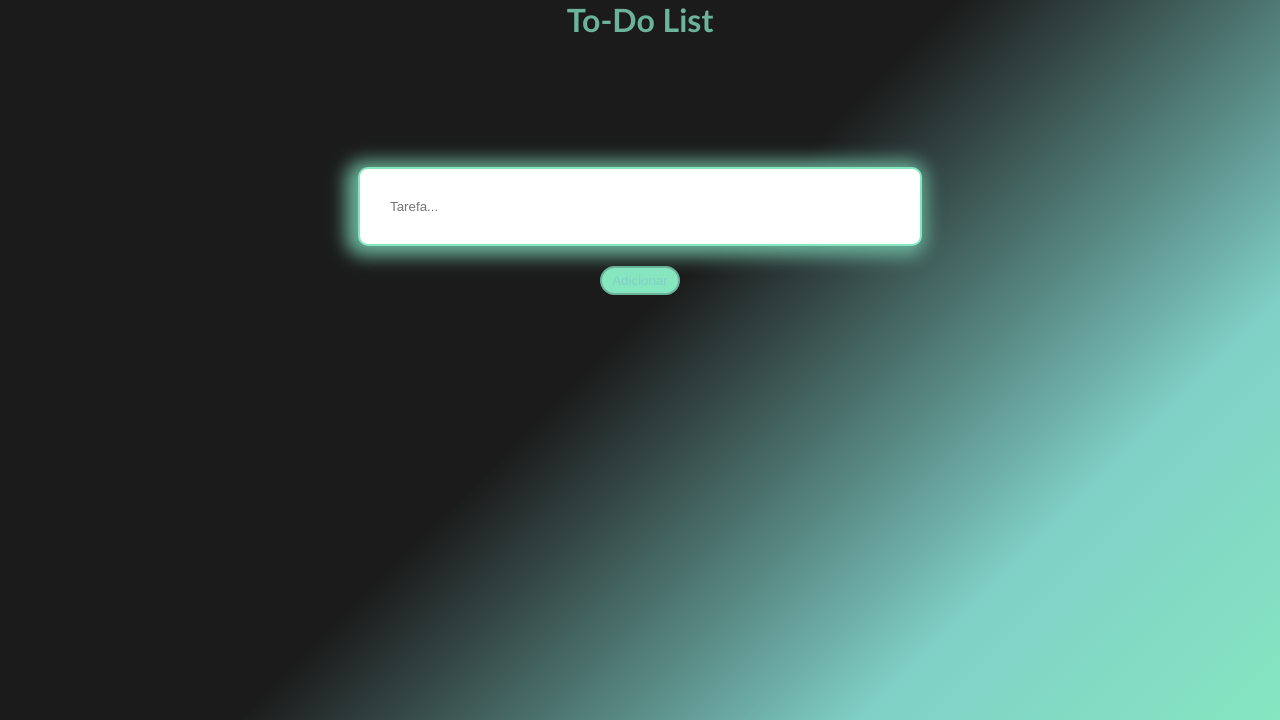
Repository: PetersonAntonyDev/python-flask-
Page: index.html
The author's editor kept a copy of each file at every save. The page is drawn from the files as they stood at one save, then again after the next save.
The browser window is 1280 px wide. The pictures show the whole page.
The pointer rests on the first visible `.add`.

Above is the page before, as saved 2022-07-26 10:40:58.

After the next save:
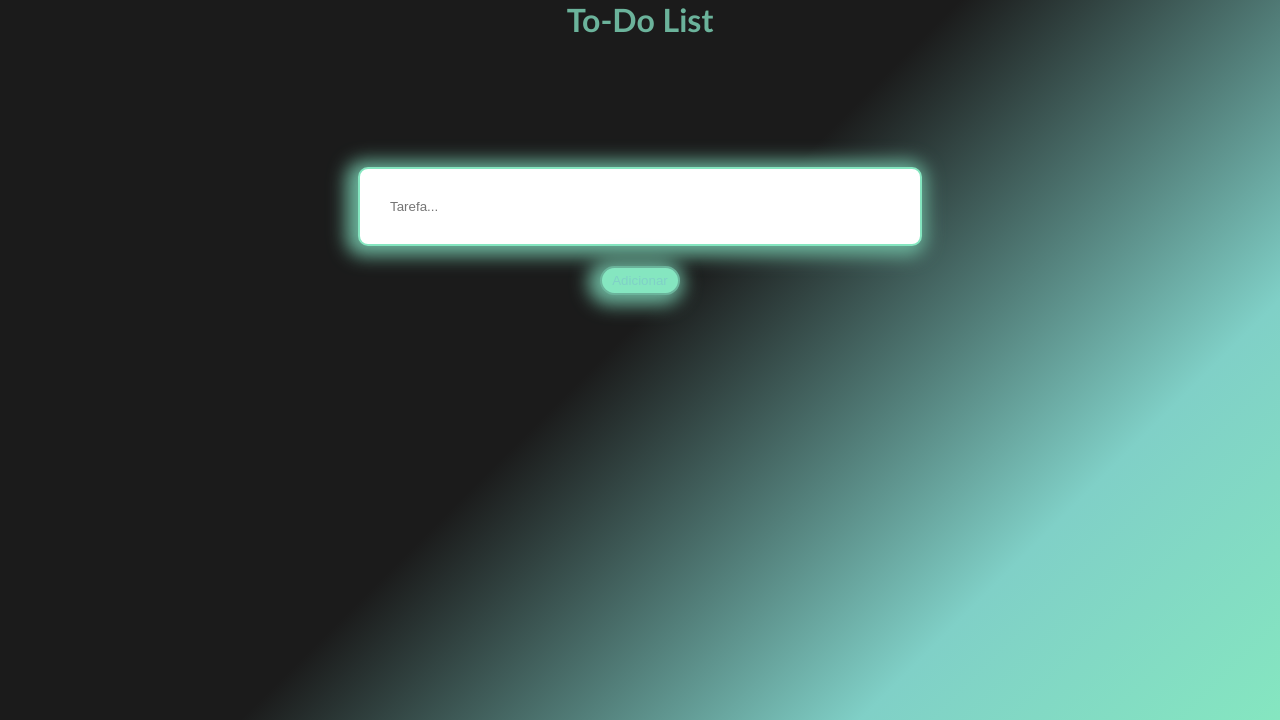
Saved 13 s later.
--- a/style.css
+++ b/style.css
@@ -49,4 +49,7 @@ form {
 
 .add:hover {
     background-color: #85e6c0;
+    -webkit-box-shadow: -4px 2px 18px 8px rgba(107, 179, 155, 1);
+    -moz-box-shadow: -4px 2px 18px 8px rgba(107, 179, 155, 1);
+    box-shadow: -4px 2px 18px 8px rgba(107, 179, 155, 1);
 }
